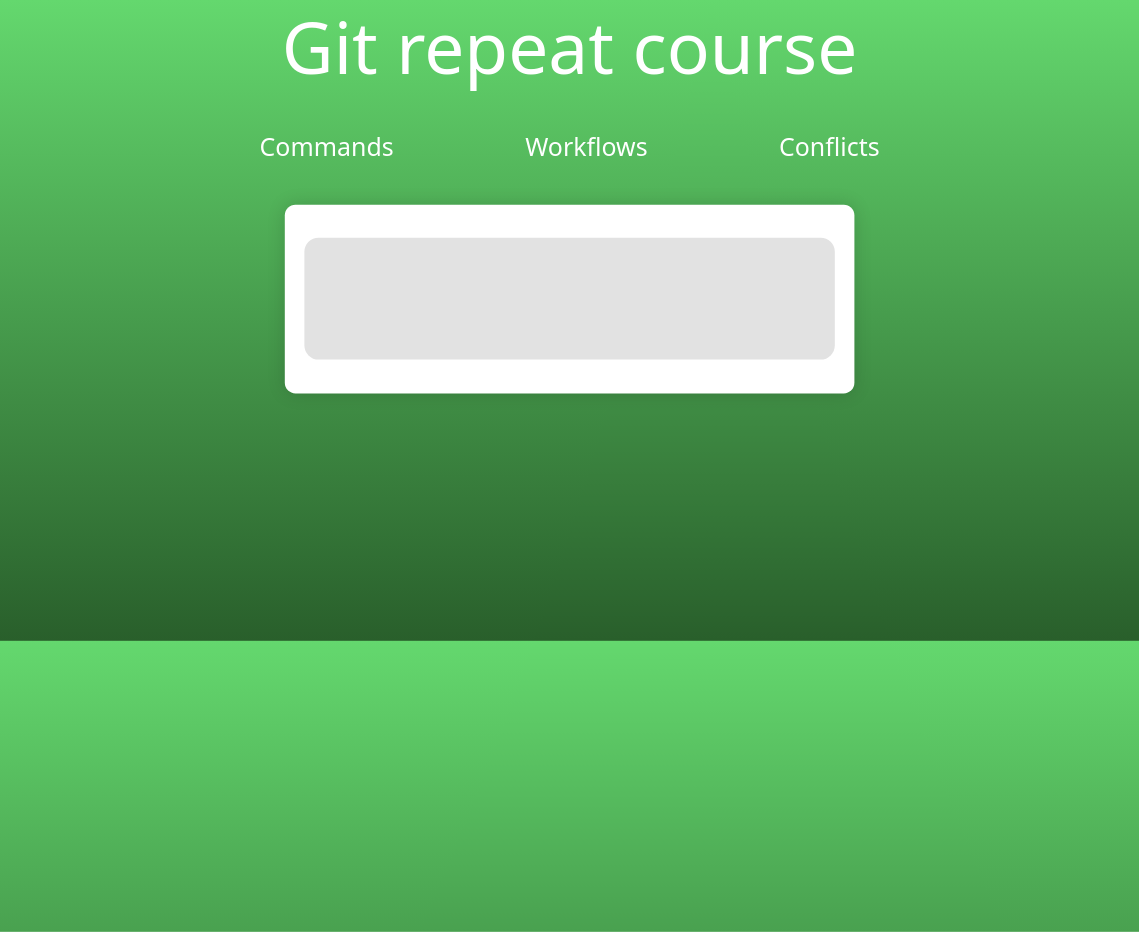
Repository: michalgornicki/git
Page: /#/Structure
These files come from the project's save history. The page is drawn as it stood at one moment and after the next save; the edit follows.
The browser window is 1280 px wide. The pictures show the whole page, at 89% of full size.
Backgrounds fixed to the window are drawn as part of the page. The project was rebuilt for these pictures with package versions that can differ from the ones it lists, and the page was loaded fresh each time. Also part of the build but not shown: src/components/basics.jsx, src/components/conflicts.jsx.

Above is the page before, as saved 2022-02-11 08:09:44.

After the next save:
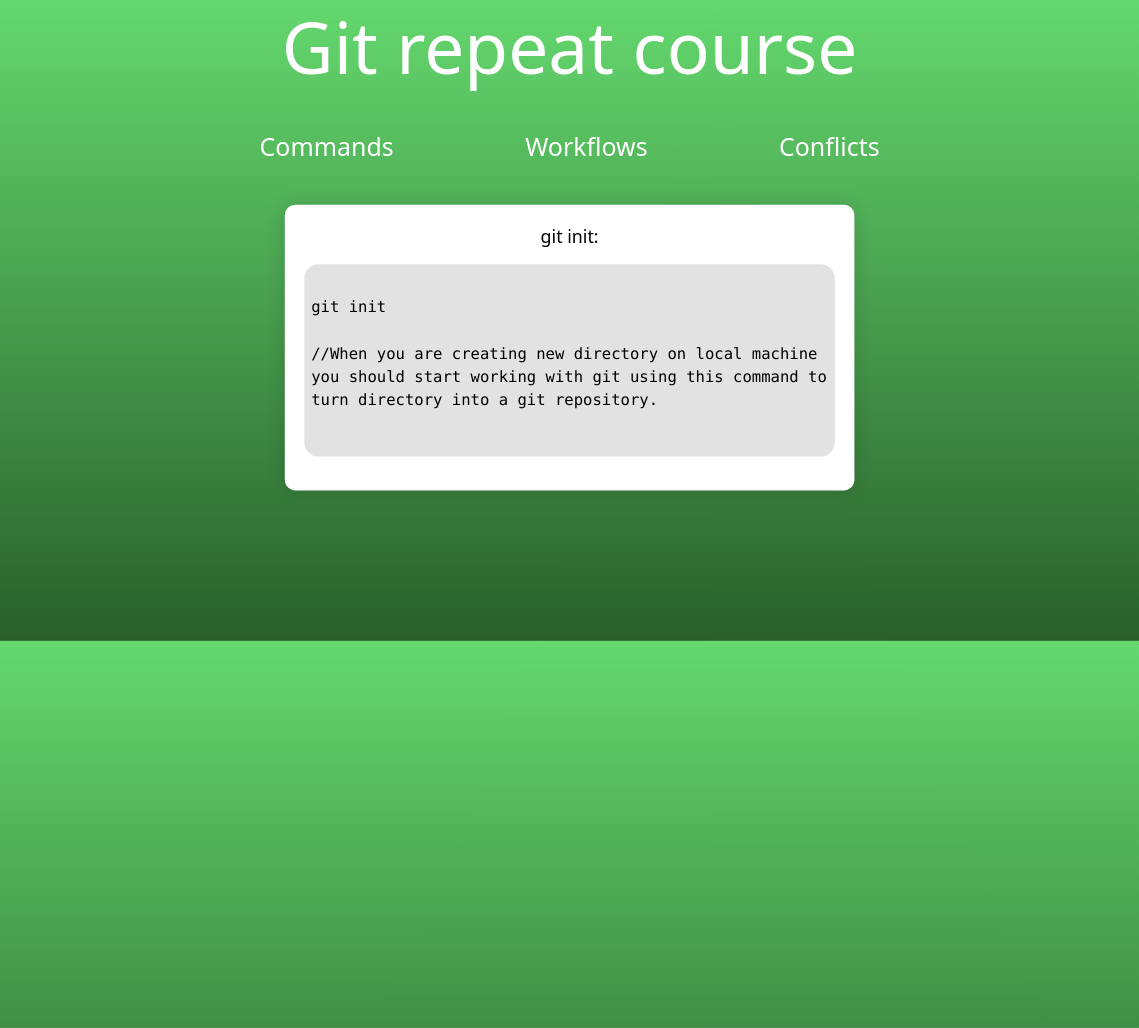
Saved 34 s later.
--- a/src/components/structure.jsx
+++ b/src/components/structure.jsx
@@ -1,13 +1,14 @@
 const Structure = () => {
   return (
     <div className="">
-                  <div className="js-item">
+        <div className="js-item">
         {" "}
-        <div className=""> </div>
+        <div className="">git init: </div>
         <div className="text-pink">
           <pre>{`
+git init
 
-
+//When you are creating new directory on local machine you should start working with git using this command to turn directory into a git repository.
           `}</pre>
         </div>
       </div>
